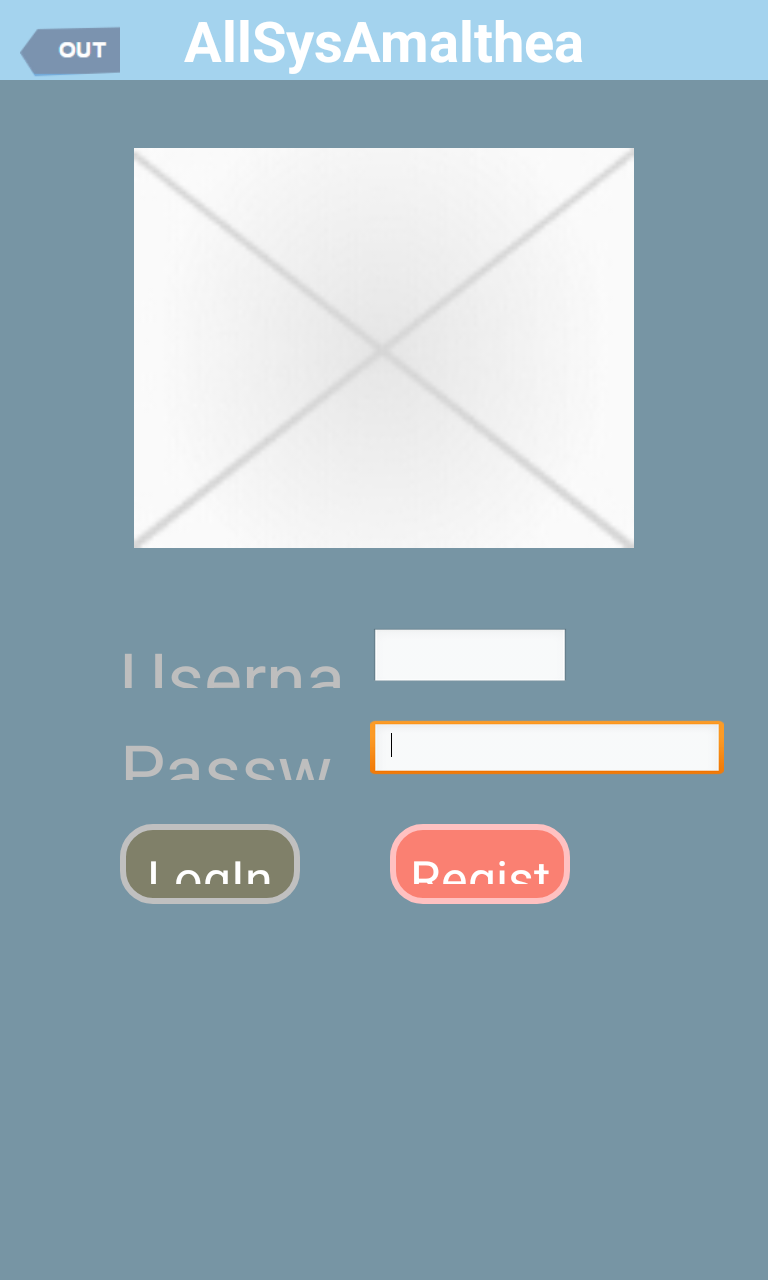
Repository: AllSysAmalthea/AllSys
Layout: APP/AppUI code/代码/Allsys/res/layout/activity_log_in.xml
The author's editor kept a copy of each file at every save. The layout is drawn from the files as they stood at one save, then again after the next save.
It is drawn on a 768 x 1280 px phone screen (xhdpi) without system bars, with theme android:Theme.NoTitleBar; the app's code is not run.

Above is the layout before, as saved 2015-06-08 02:35:32.

### APP/AppUI code/代码/Allsys/res/layout/activity_log_in.xml
<RelativeLayout xmlns:android="http://schemas.android.com/apk/res/android"
    xmlns:tools="http://schemas.android.com/tools"
    android:layout_width="match_parent"
    android:layout_height="wrap_content"
    android:layout_gravity="center_horizontal"
    android:background="@drawable/back"
    android:gravity="top"
    tools:context=".LogInActivity" >

    <AbsoluteLayout
        android:id="@+id/linearLayout1"
        android:layout_width="fill_parent"
        android:layout_height="wrap_content"
        android:orientation="horizontal" >

        <TextView
            android:id="@+id/header_text"
            android:layout_width="fill_parent"
            android:layout_height="80px"
            android:layout_x="0px"
        	android:layout_y="0px"
            android:gravity="center"
            android:singleLine="true"
            android:text="AllSysAmalthea"
            android:background="#A4D3EE"
            android:textColor="#ffffff"
            android:textSize="28sp"
            android:textStyle="bold" />

        <ImageButton
            android:id="@+id/header_left_btn"
            android:layout_width="100px"
            android:layout_height="80px"
            android:layout_x="10dp"
            android:layout_y="4dp"
            android:background="@drawable/pic1" />

    </AbsoluteLayout>

    <TextView
        android:id="@+id/textView1"
        android:layout_width="250px"
        android:layout_height="60px"
        android:layout_alignParentLeft="true"
        android:layout_below="@+id/myImageView1"
        android:layout_marginLeft="60dp"
        android:layout_marginTop="40dp"
        android:text="Username"
        android:textSize="36sp" />

    <EditText
        android:id="@+id/Username"
        android:layout_width="200px"
        android:layout_height="60px"
        android:layout_above="@+id/textView2"
        android:layout_toRightOf="@+id/textView1"
        android:ems="10"
        android:inputType="textPersonName"
        android:textSize="22sp" />

    <TextView
        android:id="@+id/textView2"
        android:layout_width="250px"
        android:layout_height="60px"
        android:layout_alignLeft="@+id/textView1"
        android:layout_below="@+id/textView1"
        android:layout_marginTop="16dp"
        android:text="Password"
        android:textSize="36sp" />

    <EditText
        android:id="@+id/Password"
        android:layout_width="200px"
        android:layout_height="60px"
        android:layout_alignParentRight="true"
        android:layout_alignTop="@+id/textView2"
        android:layout_marginRight="22dp"
        android:layout_toRightOf="@+id/textView2"
        android:ems="10"
        android:inputType="textPassword"
        android:textSize="22sp" >

        <requestFocus />
    </EditText>

    <Button
        android:id="@+id/Login"
        android:layout_width="180px"
        android:layout_height="80px"
        android:layout_alignLeft="@+id/textView2"
        android:layout_below="@+id/textView2"
        android:layout_marginTop="22dp"
        android:background="@drawable/shape"
        android:text="LogIn"
        android:textColor="#ffffff"
        android:textSize="25sp" />

    <Button
        android:id="@+id/Register"
        android:layout_width="180px"
        android:layout_height="80px"
        android:layout_alignBaseline="@+id/Login"
        android:layout_alignBottom="@+id/Login"
        android:layout_alignRight="@+id/Username"
        android:background="@drawable/shape2"
        android:text="Register"
        android:textColor="#ffffff"
        android:textSize="25sp" />

    <ImageView
        android:id="@+id/myImageView1"
        android:layout_width="500px"
        android:layout_height="400px"
        android:layout_below="@+id/linearLayout1"
        android:layout_centerHorizontal="true"
        android:layout_marginTop="30dp"
        android:background="@drawable/news" />

</RelativeLayout>

### APP/AppUI code/代码/Allsys/res/drawable-mdpi/shape.xml
<?xml version="1.0" encoding="utf-8"?>
<shape xmlns:android="http://schemas.android.com/apk/res/android"
    android:shape="rectangle" >

    <!-- 填充的颜色：这里设置背景透明 -->
    <solid android:color="#808069" />
    <!-- 边框的颜色 ：不能和窗口背景色一样-->
    <stroke
        android:width="3dp"
        android:color="#C0C0C0" />
    <!-- 设置按钮的四个角为弧形 -->
    <!-- android:radius 弧形的半径 -->
    <corners android:radius="15dip" />

    <!-- padding：Button里面的文字与Button边界的间隔 -->
    <padding
        android:bottom="10dp"
        android:left="10dp"
        android:right="10dp"
        android:top="10dp" />

</shape>

### APP/AppUI code/代码/Allsys/res/drawable-mdpi/shape2.xml
<?xml version="1.0" encoding="utf-8"?>
<shape xmlns:android="http://schemas.android.com/apk/res/android"
    android:shape="rectangle" >

    <!-- 填充的颜色：这里设置背景透明 -->
    <solid android:color="#fa8072" />
    <!-- 边框的颜色 ：不能和窗口背景色一样-->
    <stroke
        android:width="3dp"
        android:color="#FFC1C1" />
    <!-- 设置按钮的四个角为弧形 -->
    <!-- android:radius 弧形的半径 -->
    <corners android:radius="15dip" />

    <!-- padding：Button里面的文字与Button边界的间隔 -->
    <padding
        android:bottom="10dp"
        android:left="10dp"
        android:right="10dp"
        android:top="10dp" />

</shape>

After the next save:
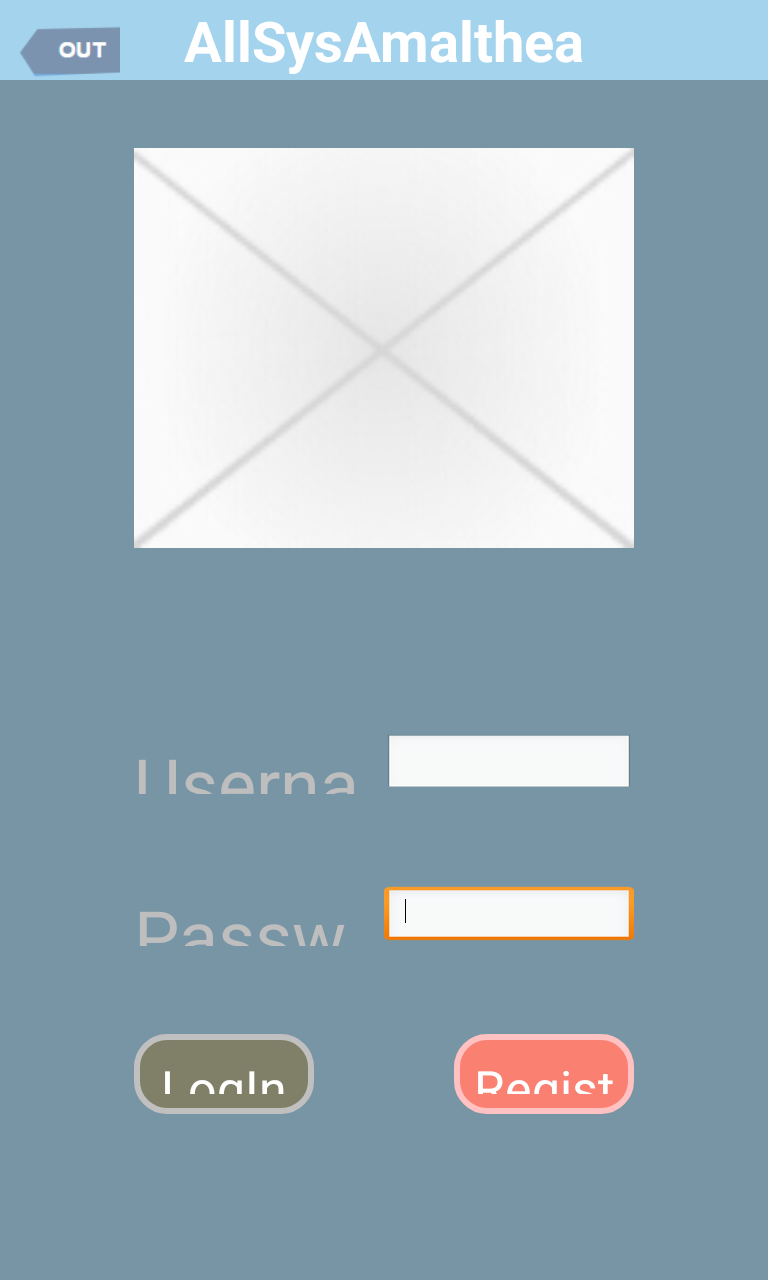
Saved 110 s later.
--- a/APP/AppUI code/代码/Allsys/res/layout/activity_log_in.xml
+++ b/APP/AppUI code/代码/Allsys/res/layout/activity_log_in.xml
@@ -37,44 +37,23 @@
 
     </AbsoluteLayout>
 
-    <TextView
-        android:id="@+id/textView1"
-        android:layout_width="250px"
-        android:layout_height="60px"
-        android:layout_alignParentLeft="true"
-        android:layout_below="@+id/myImageView1"
-        android:layout_marginLeft="60dp"
-        android:layout_marginTop="40dp"
-        android:text="Username"
-        android:textSize="36sp" />
-
     <EditText
         android:id="@+id/Username"
         android:layout_width="200px"
         android:layout_height="60px"
         android:layout_above="@+id/textView2"
+        android:layout_alignRight="@+id/Password"
         android:layout_toRightOf="@+id/textView1"
         android:ems="10"
         android:inputType="textPersonName"
         android:textSize="22sp" />
 
-    <TextView
-        android:id="@+id/textView2"
-        android:layout_width="250px"
-        android:layout_height="60px"
-        android:layout_alignLeft="@+id/textView1"
-        android:layout_below="@+id/textView1"
-        android:layout_marginTop="16dp"
-        android:text="Password"
-        android:textSize="36sp" />
-
     <EditText
         android:id="@+id/Password"
         android:layout_width="200px"
         android:layout_height="60px"
-        android:layout_alignParentRight="true"
+        android:layout_alignRight="@+id/myImageView1"
         android:layout_alignTop="@+id/textView2"
-        android:layout_marginRight="22dp"
         android:layout_toRightOf="@+id/textView2"
         android:ems="10"
         android:inputType="textPassword"
@@ -82,30 +61,6 @@
 
         <requestFocus />
     </EditText>
-
-    <Button
-        android:id="@+id/Login"
-        android:layout_width="180px"
-        android:layout_height="80px"
-        android:layout_alignLeft="@+id/textView2"
-        android:layout_below="@+id/textView2"
-        android:layout_marginTop="22dp"
-        android:background="@drawable/shape"
-        android:text="LogIn"
-        android:textColor="#ffffff"
-        android:textSize="25sp" />
-
-    <Button
-        android:id="@+id/Register"
-        android:layout_width="180px"
-        android:layout_height="80px"
-        android:layout_alignBaseline="@+id/Login"
-        android:layout_alignBottom="@+id/Login"
-        android:layout_alignRight="@+id/Username"
-        android:background="@drawable/shape2"
-        android:text="Register"
-        android:textColor="#ffffff"
-        android:textSize="25sp" />
 
     <ImageView
         android:id="@+id/myImageView1"
@@ -116,4 +71,48 @@
         android:layout_marginTop="30dp"
         android:background="@drawable/news" />
 
+    <Button
+        android:id="@+id/Register"
+        android:layout_width="180px"
+        android:layout_height="80px"
+        android:layout_alignBaseline="@+id/Login"
+        android:layout_alignBottom="@+id/Login"
+        android:layout_alignRight="@+id/Password"
+        android:background="@drawable/shape2"
+        android:text="Register"
+        android:textColor="#ffffff"
+        android:textSize="25sp" />
+
+    <TextView
+        android:id="@+id/textView1"
+        android:layout_width="250px"
+        android:layout_height="60px"
+        android:layout_alignLeft="@+id/myImageView1"
+        android:layout_below="@+id/myImageView1"
+        android:layout_marginTop="93dp"
+        android:text="Username"
+        android:textSize="36sp" />
+
+    <TextView
+        android:id="@+id/textView2"
+        android:layout_width="250px"
+        android:layout_height="60px"
+        android:layout_alignLeft="@+id/textView1"
+        android:layout_below="@+id/textView1"
+        android:layout_marginTop="46dp"
+        android:text="Password"
+        android:textSize="36sp" />
+
+    <Button
+        android:id="@+id/Login"
+        android:layout_width="180px"
+        android:layout_height="80px"
+        android:layout_alignLeft="@+id/textView2"
+        android:layout_below="@+id/textView2"
+        android:layout_marginTop="44dp"
+        android:background="@drawable/shape"
+        android:text="LogIn"
+        android:textColor="#ffffff"
+        android:textSize="25sp" />
+
 </RelativeLayout>
